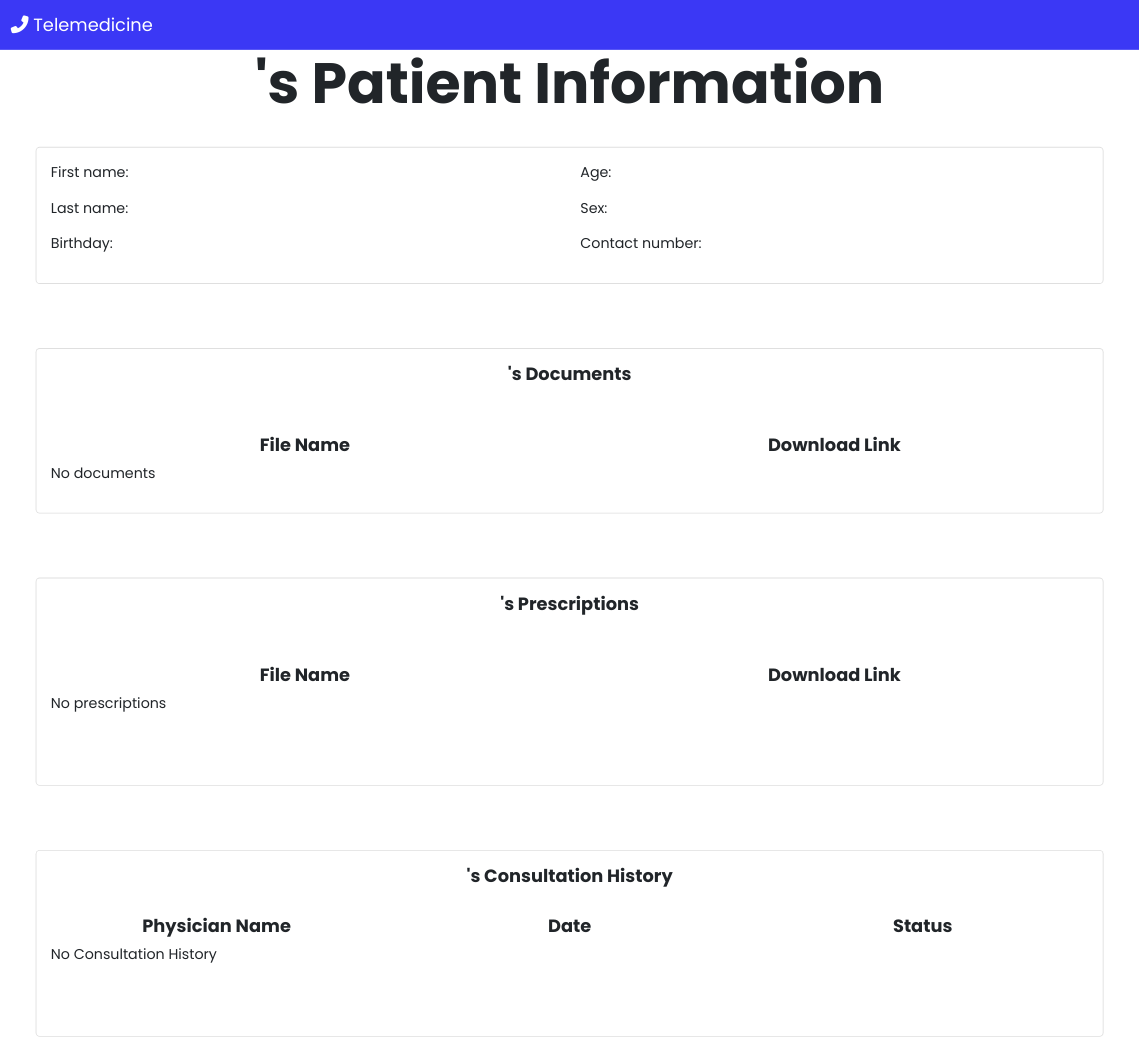
Repository: aragahan/HI-191
Page: main/templates/main/patient.html
An editor plug-in stored every save of this project. The page is shown before and after the next save, followed by the edit.
The browser window is 1280 px wide. The pictures show the whole page, at 89% of full size.
Some web libraries are served in a nearby version. The template is drawn by Django 3.2. The application's start-up code is not run. Other server files are loaded and not shown. The template is opened directly, without the code that normally fills it, so the values that code supplies are empty.

Above is the page before, as saved 2022-06-17 14:31:38.

### main/templates/main/patient.html
{% extends 'main/base.html' %}

<!DOCTYPE html>
<html lang="en" class="h-100">
    {% load crispy_forms_tags %}

<head>
    <meta charset="UTF-8">
    <meta http-equiv="X-UA-Compatible" content="IE=edge">
    <meta name="viewport" content="width=device-width, initial-scale=1.0">
    <link href="https://cdn.jsdelivr.net/npm/bootstrap@5.1.3/dist/css/bootstrap.min.css" rel="stylesheet" integrity="sha384-1BmE4kWBq78iYhFldvKuhfTAU6auU8tT94WrHftjDbrCEXSU1oBoqyl2QvZ6jIW3" crossorigin="anonymous">
    <link rel="stylesheet" href="https://cdnjs.cloudflare.com/ajax/libs/font-awesome/6.1.1/css/all.min.css" integrity="sha512-KfkfwYDsLkIlwQp6LFnl8zNdLGxu9YAA1QvwINks4PhcElQSvqcyVLLD9aMhXd13uQjoXtEKNosOWaZqXgel0g==" crossorigin="anonymous" referrerpolicy="no-referrer" />
    <title>{% block title %}{% endblock title %}</title>
</head>

<body class="h-100">
    <div class="d-flex flex-column h-100">
        {% block navbar %}
            {% include 'main/navbar.html' %}
        {% endblock navbar %}

        {% block content %}
        <div>
            <h1> {{patient.account.first_name}} {{patient.account.last_name}}'s Patient Information</h1>
            <br/>
            <div class="card rounded-3" style="width: 75rem; margin:auto;">
                <div class="card-body">
                    <div class="row">
                        <div class="col">
                            <p>First name: {{patient.account.first_name}}</p>
                        </div>

                        <div class="col">
                            <p>Age: {{patient.account.age}}</p>
                        </div>
                    </div>

                    <div class="row">
                        <div class="col">
                            <p>Last name: {{patient.account.last_name}}</p>
                        </div>

                        <div class="col">
                            <p>Sex: {{patient.account.sex}}</p>
                        </div>
                    </div>

                    <div class="row">
                        <div class="col">
                            <p>Birthday: {{patient.account.birthdate}}</p>
                        </div>

                        <div class="col">
                            <p>Contact number: {{patient.account.contact_number}}</p>
                        </div>
                    </div>
                </div>
            </div>
        </div>

        <br/>
        <br/>
        <br/>
        <div class="card rounded-3" style="width: 75rem; margin:auto;">
            <div class="card-body">
                <h5 style="text-align:center;"><b>{{patient.account.first_name}} {{patient.account.last_name}}'s Documents</b></h5>
                <br/>
                <br/>
                <div class = "row" style="text-align:center;">
                    <div class = "col">
                        <h5><b>File Name</b></h5>
                    </div>
                    <div class = "col">
                        <h5><b>Download Link</b></h5>
                    </div>
                </div>
                    {% for d in patient.documents.all %}
                    <div class = "row" style="text-align:center;">
                        <div class="col">
                            <p>{{d.file}}</p>
                        </div>
                        <div class="col">
                            <a href="{{d.file.url}}" target="_blank">Download document</a>
                        </div>
                    </div>

                    {% empty %}
                        <p> No documents </p>
                    {% endfor %}
            </div>
        </div>
        <br/>
        <br/>
        <br/>

        <div class="card rounded-3" style="width: 75rem; margin:auto;">
            <div class="card-body">
                <h5 style="text-align:center;"><b>{{patient.account.first_name}} {{patient.account.last_name}}'s Prescriptions</b></h5>
                <br/>
                <br/>
                <div class = "row" style="text-align:center;">
                    <div class = "col">
                        <h5><b>File Name</b></h5>
                    </div>
                    <div class = "col">
                        <h5><b>Download Link</b></h5>
                    </div>
                </div>
                    {% for p in patient.prescription.all %}
                    <div class = "row" style="text-align:center;">
                        <div class="col">
                            <p>{{p.file}}</p>
                        </div>
                        <div class="col">
                            <a href="{{p.file.url}}" target="_blank">Download prescription</a>
                        </div>
                    </div>

                    {% empty %}
                        <p> No prescriptions </p>
                    {% endfor %}
                    <br/>
                    <br/>
                {% if profile.role == "PH" %}
                    <h6> Upload Prescription </h6>
                    <form method = "POST" action = "" enctype="multipart/form-data">
                        {% csrf_token %}
                        <p> {{pform.file | as_crispy_field}} </p>
                        <input type = "Submit" value="Submit" name="pform">
                    </form>
                {% endif %}
            </div>
        </div>

        <br/>
        <br/>
        <br/>
        <div class="card rounded-3" style="width: 75rem; margin:auto;">
            <div class="card-body">
                <h5 style="text-align:center;"><b>{{patient.account.first_name}} {{patient.account.last_name}}'s Consultation History</b></h5>
                <br/>
                <div class="row" style="text-align:center;">
                    <div class="col">
                        <h5><b>Physician Name</b></h5>
                    </div>
                    <div class="col">
                        <h5><b>Date</b></h5>
                    </div>
                    <div class="col">
                        <h5><b>Status</b></h5>
                    </div>
                </div>

                {% for cr in patient.PCR.all %}
                    <div class = "row" style="text-align:center;">
                        <div class = "col">
                            {{cr.physician}}
                        </div>
                        <div class = "col">
                            {{cr.date}}
                        </div>
                         {% if cr.status == "DN" %}
                        <div class = "col">
                            <p>Done</p>
                        </div>
                        {% else %}
                        <div class = "col">
                            <p>Upcoming</p>
                        </div>
                        {% endif %}
                    </div>

                {% empty %}
                    <p> No Consultation History </p>
                {% endfor %}
                <br/>
                <br/>
                {% if profile.role == "PH" %}
                    <h6> Add Consultation History </h6>
                    <form method = "POST" action = "">
                        {% csrf_token %}
                        <p>{{pcr.date | as_crispy_field}}</p>
                        <p>{{pcr.status | as_crispy_field}}</p>
                        <input type="Submit" value="Submit" name="pcr">
                    </form>
                {% endif %}
            </div>
        </div>

        {% endblock content %}
    </div>
</body>
</html>

### main/templates/main/base.html
{% load static %}
<!DOCTYPE html>
<html lang="en" class="h-100">
<head>
    <meta charset="UTF-8">
    <meta http-equiv="X-UA-Compatible" content="IE=edge">
    <meta name="viewport" content="width=device-width, initial-scale=1.0">
    <link href="https://cdn.jsdelivr.net/npm/bootstrap@5.1.3/dist/css/bootstrap.min.css" rel="stylesheet" integrity="sha384-1BmE4kWBq78iYhFldvKuhfTAU6auU8tT94WrHftjDbrCEXSU1oBoqyl2QvZ6jIW3" crossorigin="anonymous">
    <link rel="stylesheet" href="https://cdnjs.cloudflare.com/ajax/libs/font-awesome/6.1.1/css/all.min.css" integrity="sha512-KfkfwYDsLkIlwQp6LFnl8zNdLGxu9YAA1QvwINks4PhcElQSvqcyVLLD9aMhXd13uQjoXtEKNosOWaZqXgel0g==" crossorigin="anonymous" referrerpolicy="no-referrer" />

    <!-- CSS -->
    <link rel="stylesheet" href="{% static 'css/style.css' %}">

    <title>{% block title %}{% endblock title %}</title>
</head>
<body class="h-100">
    <div class="d-flex flex-column h-100">
        {% block navbar %}
            {% include 'main/navbar.html' %}
        {% endblock navbar %}
        {% block content %}{% endblock content %}
    </div>
</body>
</html>

### main/templates/main/navbar.html
<nav class="navbar navbar-expand-lg navbar-dark" style="background-color: #3b38f5;">
    <div class="container-fluid">
        <a class="navbar-brand" href="#">
        <i class="fa-solid fa-phone-flip"></i>
        Telemedicine
        </a>
        {% if not request.user.is_authenticated %}
        {% else %}
        <button class="navbar-toggler" type="button" data-bs-toggle="collapse" data-bs-target="#navbarSupportedContent"
            aria-controls="navbarSupportedContent" aria-expanded="false" aria-label="Toggle navigation">
        <span class="navbar-toggler-icon"></span>
        </button>
        <div class="collapse navbar-collapse" id="navbarSupportedContent">
			{% if request.user.role == "SA" %}
            <ul class="navbar-nav me-auto mb-2 mb-lg-0">
                <li class="nav-item">
					<a class="nav-link {% if request.resolver_match.view_name == 'account_requests' %}active{% endif %}" aria-current="page" href="{% url 'account_requests' %}">Account Requests</a>
                </li>
                <li class="nav-item">
                    <a class="nav-link {% if request.resolver_match.view_name == 'accounts' %}active{% endif %}" href="{% url 'accounts' %}">Accounts</a>
                </li>
                <li class="nav-item">
                    <a class="nav-link active" aria-current="page" href="{% url 'logout' %}"> Logout </a>
                </li>
            </ul>
			{% else %}
            <ul class="navbar-nav me-auto mb-2 mb-lg-0">
                <li class="nav-item">
                    {% if user.role == "SA" %}
                    <a class="nav-link active" aria-current="page" href="{% url 'account_requests' %}">Home</a>
                    {% elif user.role == "PH" %}
                    <a class="nav-link active" aria-current="page" href="{% url 'all_patients' %}">Home</a>
                    {% elif user.role == "PA" %}
                    <a class="nav-link active" aria-current="page" href="{% url 'all_doctors' %}">Home</a>
                    {% else %}
                    <a class="nav-link active" aria-current="page" href="#">Home</a>
                    {% endif %}
                </li>

                <li class="nav-item">
                    <a class="nav-link" href="{% url 'profile_page' %}">Profile</a>
                </li>

                <li class="nav-item dropdown">
                    <a class="nav-link dropdown-toggle" href="#" id="navbarDropdown" role="button" data-bs-toggle="dropdown"
                        aria-expanded="false">
                    Dropdown
                    </a>
                    <ul class="dropdown-menu" aria-labelledby="navbarDropdown">
                        <li><a class="dropdown-item" href="#">Action</a></li>
                        <li><a class="dropdown-item" href="#">Another action</a></li>
                        <li>
                            <hr class="dropdown-divider">
                        </li>
                        <li><a class="dropdown-item" href="#">Something else here</a></li>
                    </ul>
                </li>
                <li class="nav-item">
                    <a class="nav-link disabled">Disabled</a>
                </li>
                <li class="nav-item">
                    <a class="nav-link active" aria-current="page" href="{% url 'logout' %}"> Logout </a>
                </li>
            </ul>
			{% endif %}
        </div>
    </div>
    {% endif %}
</nav>

### main/static/css/style.css
/* Poppins Font
font-family: 'Poppins'
*/

@import url('https://fonts.googleapis.com/css?family=Poppins:ital,wght@0,300;0,400;0,700;0,900;1,300;1,700;1,900&display=swap');

:root {
    /*--upmaroon: #7B1113;*/
    --blue: #3b38f5;
}

html {
    scroll-behavior: smooth;
}


body {
    font-family: 'Poppins';
}

h1 {
    font-size: 64px;
    font-weight: bold;
    text-align: center;
}

h2 {
    font-size: 40.32px;
}

h3 {
    font-size: 25.4px; font-weight: bold;
}

p {
    font-size: 16px;
}

table {
font-family: arial, sans-serif;
border-collapse: collapse;
width: 100%;
}

td, th {
border: 1px solid #dddddd;
text-align: left;
padding: 8px;
}

tr:nth-child(even) {
background-color: #dddddd;
}

After the next save:
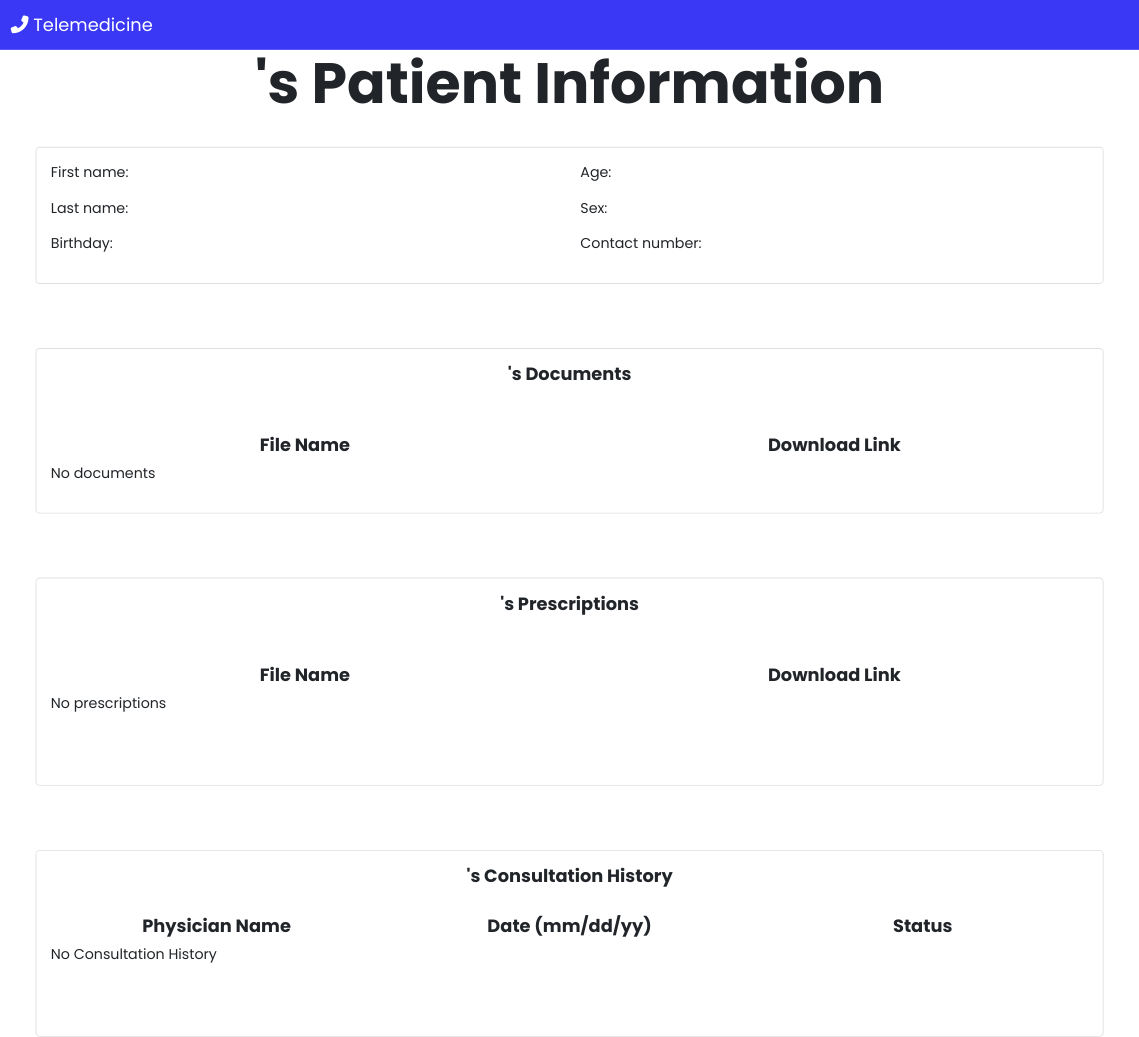
Saved 22 s later.
--- a/main/templates/main/patient.html
+++ b/main/templates/main/patient.html
@@ -144,7 +144,7 @@
                         <h5><b>Physician Name</b></h5>
                     </div>
                     <div class="col">
-                        <h5><b>Date</b></h5>
+                        <h5><b>Date (mm/dd/yy)</b></h5>
                     </div>
                     <div class="col">
                         <h5><b>Status</b></h5>
